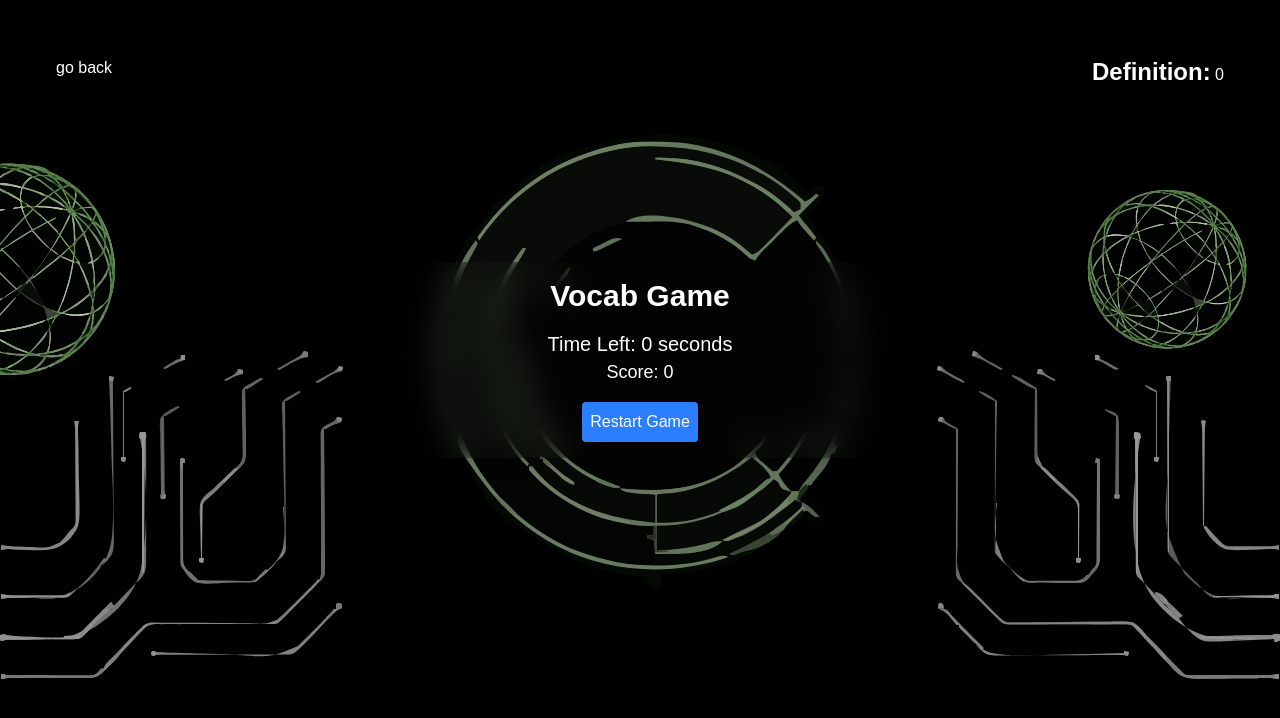
Repository: oxniw/bio-vocab
Page: /game
An editor plug-in stored every save of this project. The page is shown before and after the next save, followed by the edit.
The browser window is 1280 px wide. The pictures show the whole page.
The project was rebuilt for these pictures with package versions that can differ from the ones it lists, and the page was loaded fresh each time. The framework's server and built-in components were replaced by stand-ins that run in the browser. Also part of the build but not shown: next.config.ts.

Above is the page before, as saved 2025-04-29 19:25:51.

After the next save:
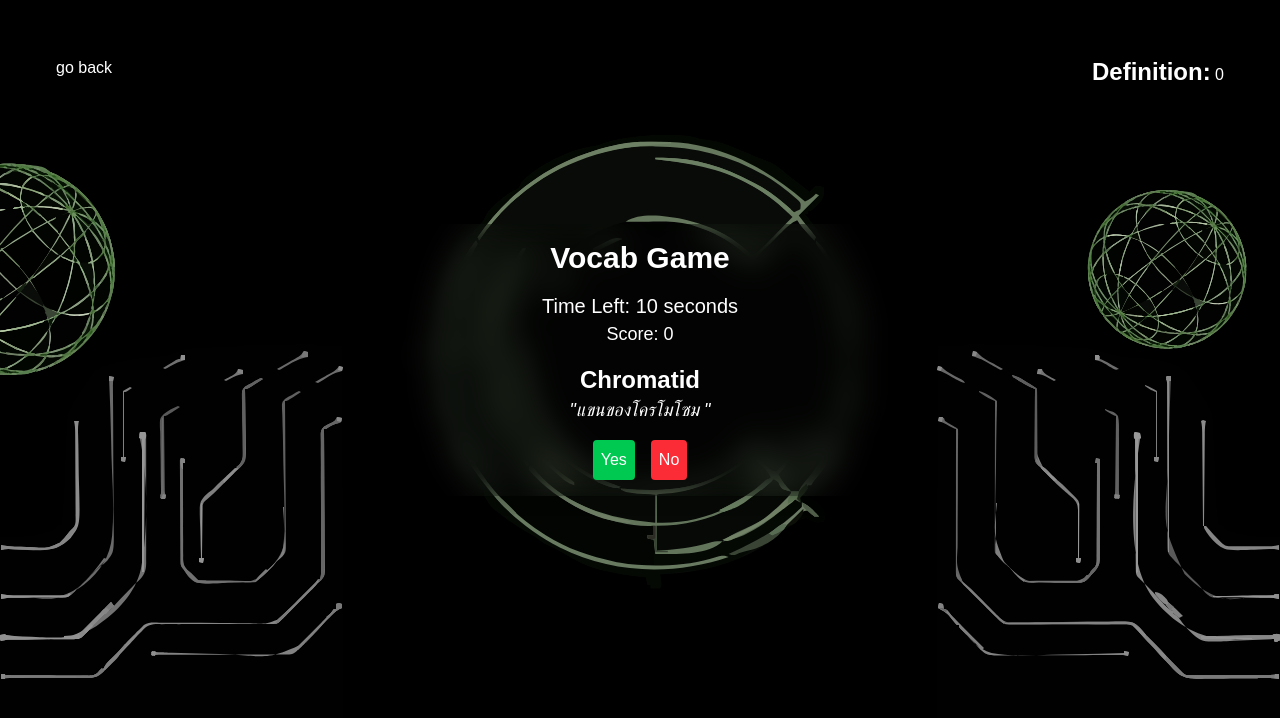
Saved 41 s later.
--- a/src/app/game/page.jsx
+++ b/src/app/game/page.jsx
@@ -133,7 +133,7 @@
 
   function startGame() {
     setScore(0);
-    setTimeLeft(5);
+    setTimeLeft(15);
     setGameOver(false);
     getNewWord();
   }
